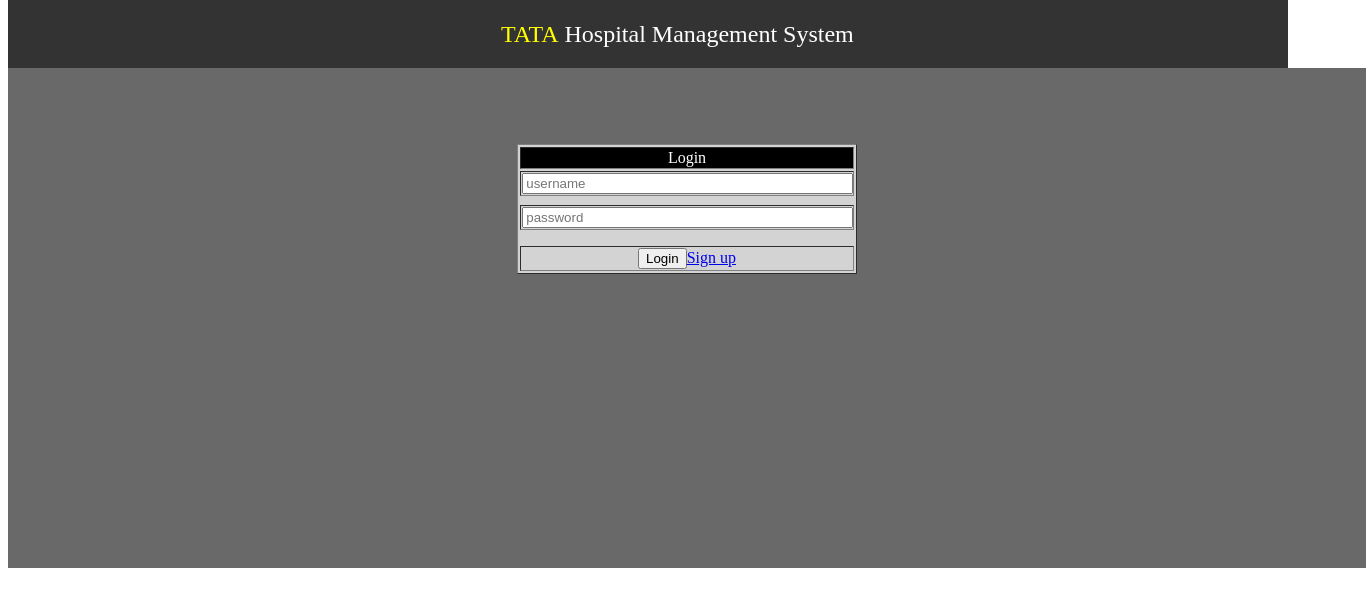
Repository: gopikavinod/RBM
Page: http://localhost/Hospital_Management_System/RegisterPatient.jsp
These files come from the project's save history. The page is drawn as it stood at one moment and after the next save; the edit follows.
The browser window is 1280 px wide. The page is 1366 px wide, so the pictures cover 1366 px, including what lies to the right of the window. The pictures show the whole page.
The page is served by Tomcat 9. Other server files are loaded and not shown.

Above is the page before, as saved 2020-06-27 09:23:58.

### eclipse-workspace/Hospital Management System/WebContent/Login.jsp
<%@ page language="java" contentType="text/html; charset=ISO-8859-1"
    pageEncoding="ISO-8859-1"

    %>
<!DOCTYPE html>
<html>
<head>
<meta charset="ISO-8859-1">
<title>Login</title>
<style>
    /* Add some padding on document's body to prevent the content
    to go underneath the header and footer */
    body{
        padding-top: 60px;
        padding-bottom: 40px;
    }
    .container{
        margin: 0 auto; /* Center the DIV horizontally */
    }
    .fixed-header, .fixed-footer{
        width: 100%;
        position: fixed;
        background: #333;
        padding: 10px 0;
        color: #fff;
    }
    .fixed-header{
        top: 0;
    }

    /* Some more styles to beutify this example */

    .container p{
        line-height: 200px; /* Create scrollbar to test positioning */
    }
    p.detail
    {
    color:yellow;
    line-height: 0px;
    font-size: x-large;
    }
    span.name{
    	color:white;
    	font-size: x-large;
    }
    tr
    {
    height: 5px;
    }
    span.aestric
    {
    color: red;
    }


</style>
<script>

function disableBackButton()
 {
  //location.href("logout.html");

 }
if(window.history.forward(1) != null)
         window.history.forward(1);
</script>
</head>
<body>
 <div class="fixed-header">
<div class="container" style="padding-left: 493px;">
  <p class="detail" >TATA<span class="name">&nbsp;Hospital Management System</span></p>
</div>
 </div>
   <div class="container" style="background-color: dimgrey;width:1358px;height:500px">
   	<script>
	function form_validation() {

		var uname=document.myForm.un.value;
		var pwd=document.myForm.pw.value
		if(uname=="")
			{
			 alert("please enter username")
			}
		else if(pwd=="")
			{

			}

	}
	</script>
	${message} <br>
   <form action="LoginServlet" name="myForm"  style="padding-top: 58px" onload="disableBackButton()" onsubmit=" return form_validation();" method="post">

		<!-- 	Please enter your username
			<input type="text" name="un"/><br>

			Please enter your password
			<input type="text" name="pw"/>

			<input type="submit" value="submit"> -->
<table align="center" border="1" width="25%" bgcolor="#D3D3D3">

<tr>
<td align="center" colspan="2"  style="background-color: black; color: white;" >Login</td>
</tr>
<tr>
<td><input type="text" name="un" style="width: 98% " colspan="2" placeholder="username" minlength="8"  >  </td>
</tr>
<tr>
</tr>
<tr>

<td> <input type="password" name="pw" style="width: 98%" colspan="2" placeholder="password"  pattern="^(?=.*?[A-Z])(?=.*?[a-z])(?=.*?[0-9])(?=.*?[#?!@$%^&*-]).{8,}$" oninvalid="this.setCustomValidity('Invalid Password')" required="required" > </td>
</tr>
<tr></tr>
<tr></tr>
<tr>
<td align="center" colspan="2"><input type="submit" onclick="disableBackButton()" value="Login" ><a href="Signup.jsp">Sign up</a>  </td>
</tr>
</table>

		</form>
   </div>

</body>
</html>

After the next save:
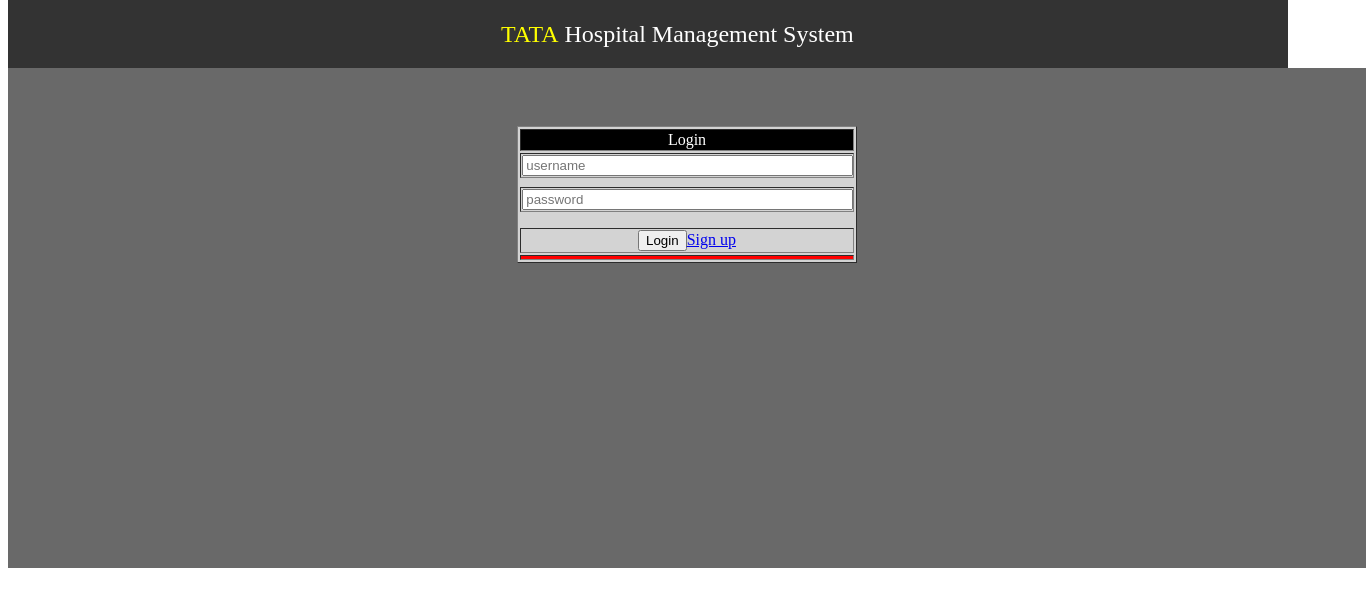
Saved 109 s later.
--- a/eclipse-workspace/Hospital Management System/WebContent/Login.jsp
+++ b/eclipse-workspace/Hospital Management System/WebContent/Login.jsp
@@ -88,7 +88,7 @@
 
 	}
 	</script>
-	${message} <br>
+
    <form action="LoginServlet" name="myForm"  style="padding-top: 58px" onload="disableBackButton()" onsubmit=" return form_validation();" method="post">
 
 		<!-- 	Please enter your username
@@ -117,6 +117,9 @@
 <tr>
 <td align="center" colspan="2"><input type="submit" onclick="disableBackButton()" value="Login" ><a href="Signup.jsp">Sign up</a>  </td>
 </tr>
+<tr>
+<td style="background: red">${message}</td>
+</tr>
 </table>
 
 		</form>
